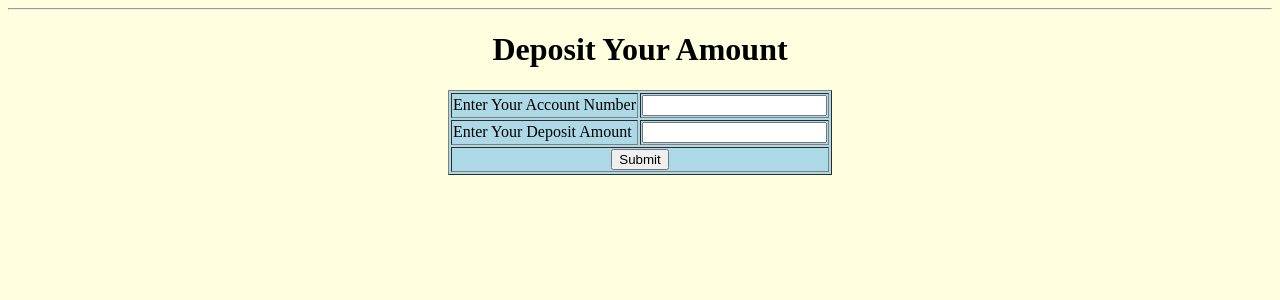
Repository: rukmini10/DXC
Page: http://localhost/Account/transaction.jsp
An editor plug-in stored every save of this project. The page is shown before and after the next save, followed by the edit.
The browser window is 1280 px wide. The pictures show the whole page.
The page is served by Tomcat 9. Nobody is signed in. The application's start-up code is not run.

Above is the page before, as saved 2022-05-07 13:05:33.

After the next save:
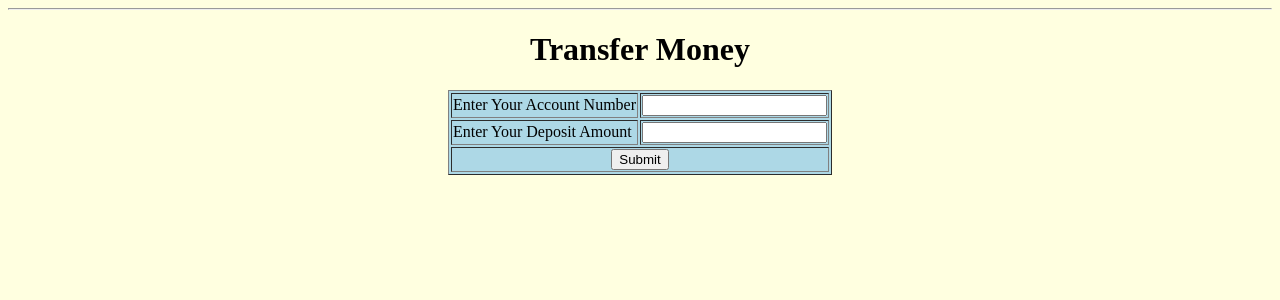
Saved 83 min 5 s later.
--- a/DXC_MAVEN/Account/src/main/webapp/transaction.jsp
+++ b/DXC_MAVEN/Account/src/main/webapp/transaction.jsp
@@ -14,7 +14,7 @@ and open the template in the editor.
     <center>
             <hr>
             <div>
-            <h1>Deposit Your Amount</h1>
+            <h1>Transfer Money</h1>
             <form method="post" action="update_deposit.jsp">
               <table border="1" bgcolor="lightblue">
                   <tr>
